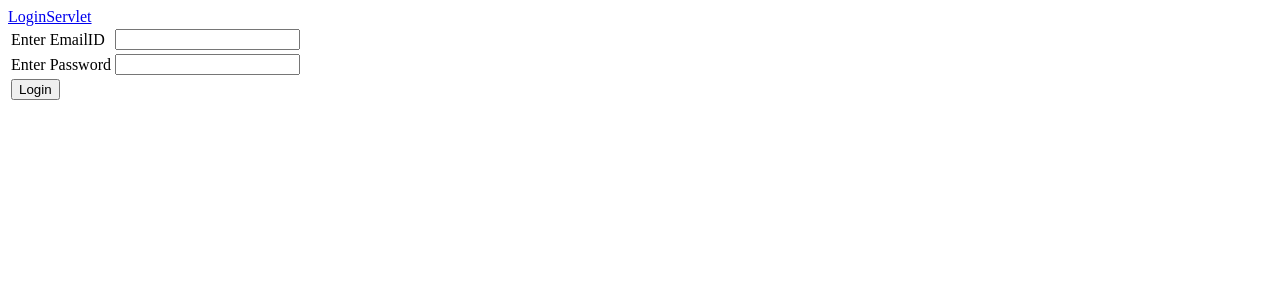
Repository: Praveenbelle08/Advance-JAVA
Page: workspace2/EmpWebApp/WebContent/Login.html
The author's editor kept a copy of each file at every save. The page is drawn from the files as they stood at one save, then again after the next save.
The browser window is 1280 px wide. The pictures show the whole page.

Above is the page before, as saved 2024-01-04 11:24:19.

After the next save:
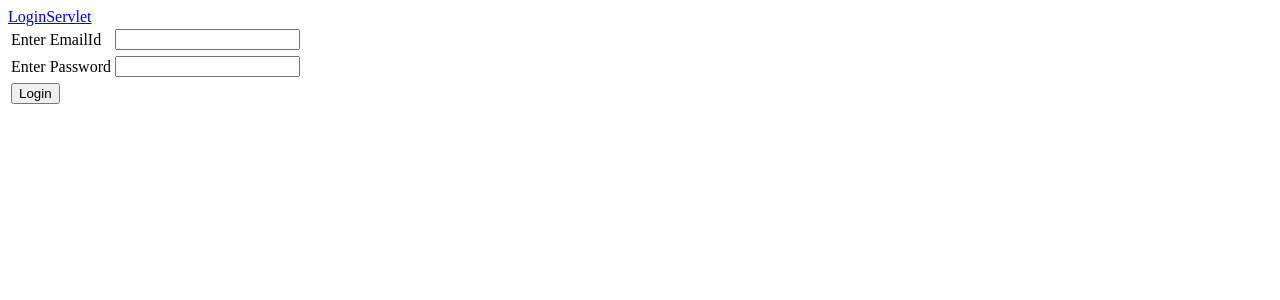
Saved 105 s later.
--- a/workspace2/EmpWebApp/WebContent/Login.html
+++ b/workspace2/EmpWebApp/WebContent/Login.html
@@ -5,20 +5,31 @@
 <title>Login Page</title>
 </head>
 <body>
-<form action=""method='post'>
+<form action="LoginServlet" method = 'post'>
 <table>
+
 <tr>
-<td>Enter EmailID</td>
-<td><input type = "text"name = "emailID"></td>
-</tr>
+<td>Enter EmailId</td>
+<td><input type = "text"name = "emailId"/></td>
+<tr/>
+
 <tr>
 <td>Enter Password</td>
-<td><input type ="password"password = "password"></td>
-</tr>
-<a href = "LoginServlet"/>LoginServlet</a>
+<td><input type = "password"name = "password"/></td>
+<tr/>
+
+
+<a href= "LoginServlet"/>LoginServlet</a>
+
 <tr>
-<td><button>Login</button><td>
-</tr>
+<td><button>Login</button></td>
+<tr/>
+
+
 </table>
+
+
+
+</form>
 </body>
 </html>
